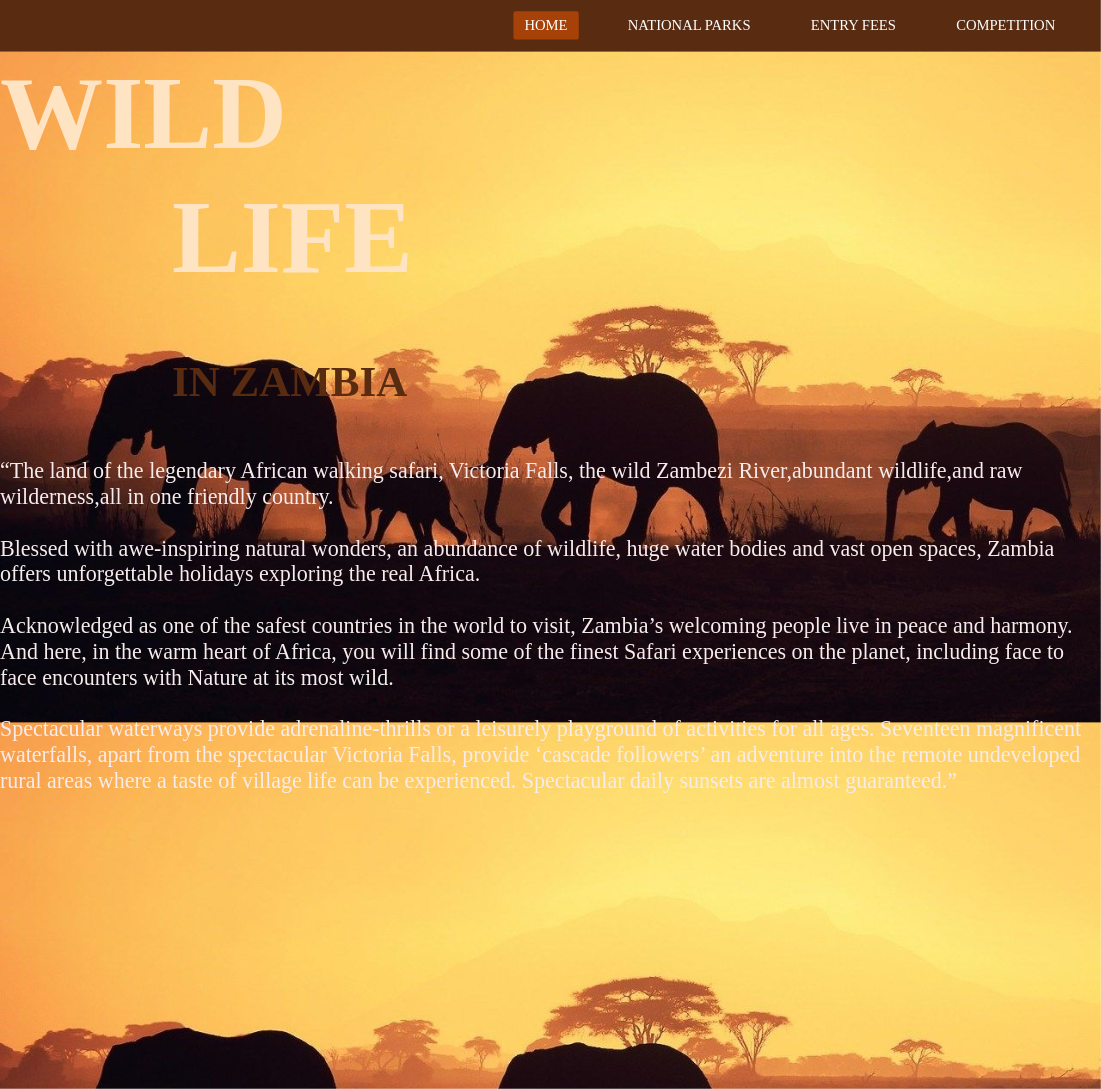
Repository: Lungdjos/web_assignment_3rd_yr
Page: home/index.html
An editor plug-in stored every save of this project. The page is shown before and after the next save, followed by the edit.
The browser window is 1280 px wide. The pictures show the whole page, at 86% of full size.
Some web libraries are served in a nearby version.

Above is the page before, as saved 2021-06-18 15:28:00.

### home/index.html
<!DOCTYPE html>
<html lang="en">

<head>
    <meta charset="UTF-8">
    <meta http-equiv="X-UA-Compatible" content="IE=edge">
    <meta name="viewport" content="width=device-width, initial-scale=1.0">
    <link rel="stylesheet" href="index.css">


    <title>Home</title>
    <script src="https://kit.fontawesome.com/a076d05399.js"></script>
</head>

<body>
    <nav>
        <input type="checkbox" id="check">
        <label for="check" class="checkbtn">
            <i class="fas fa-bars"></i>
        </label>
        <label class="logo">  </label>

        <ul>
            <li><a class="active" href="#">Home</a></li>
            <li><a class="dropdown" href="#">National Parks</a>
                <ul class="drop">
                    <li>
                        <a href="/national parks/lower_zambezi/Lower_Zambezi.html">Lower Zambezi</a>
                    </li>
                    <li>
                        <a href="/national parks/mosi-oa-tunia/Mosi-oa-Tunya.html">Mosi oa Tunia</a>
                    </li>
                    <li>
                        <a href="/national parks/south_luangwa/South_Luangwa.html">South Luangwa</a>
                    </li>
                    <li>
                        <a href="/national parks/north_luangwa/North_Luangwa.html">North Luangwa</a>
                    </li>
                </ul>
            </li>
            <li><a href="/entry fee/entry_fee.html">Entry Fees</a></li>
            <li><a href="/competition/competition.html">Competition</a></li>

        </ul>
    </nav>
    <div>
        <section>
            <div>
                <p class="welcome">
                    <strong class="num1">WILD</strong><br>
                    <strong class="num2">LIFE</strong><br>
                    <strong class="num3">IN ZAMBIA</strong>
                </p>
            </div>
            <br>
            <div>
                <p class="para2">
                    <q>The land of the legendary African walking safari, Victoria Falls, the wild Zambezi River,abundant wildlife,and raw wilderness,all in one friendly country. <br><br>Blessed with awe-inspiring natural wonders, an abundance of wildlife,
                    huge water bodies and vast open spaces, Zambia offers unforgettable holidays exploring the real Africa. <br><br>Acknowledged as one of the safest countries in the world to visit, Zambia’s welcoming people live in peace and harmony. And here,
                    in the warm heart of Africa, you will find some of the finest Safari experiences on the planet, including face to face encounters with Nature at its most wild.<br> <br>Spectacular waterways provide adrenaline-thrills or a leisurely playground
                    of activities for all ages. Seventeen magnificent waterfalls, apart from the spectacular Victoria Falls, provide ‘cascade followers’ an adventure into the remote undeveloped rural areas where a taste of village life can be experienced.
                    Spectacular daily sunsets are almost guaranteed.</q></p>
            </div>

        </section>
    </div>


</body>

</html>

### home/index.css
    * {
        padding: 0;
        margin: 0;
        text-decoration: none;
        box-sizing: border-box;
    }

    body {
        font-family: montserrat;
    }

    nav {
        background: #592C12;
        height: 60px;
        width: 100%;
    }

    label.logo {
        color: white;
        font-size: 35;
        line-height: 60px;
        padding: 0 100px;
        font-weight: bold;
    }

    nav ul {
        float: right;
        margin-right: 20px;
    }

    nav ul li {
        display: inline-block;
        line-height: 60px;
        margin: 0 20px;
    }

    nav ul li a {
        color: white;
        font-size: 17px;
        padding: 7px 13px;
        border-radius: 3px;
        text-transform: uppercase;
    }

    a.active,
    a:hover {
        background: #A64208;
        transition: 0.5s;
    }

    .checkbtn {
        font-size: 30px;
        color: white;
        float: right;
        line-height: 60px;
        margin-right: 40px;
        cursor: pointer;
        display: none;
    }

    #check {
        display: none;
    }

    @media (max-width: 1080px) {
        label.logo {
            font-size: 30px;
            padding-left: 50px;
        }
        nav ul li a {
            font-size: 16px;
        }
    }

    @media (max-width: 1080px) {
        .checkbtn {
            display: block;
        }
        ul {
            position: fixed;
            width: 100%;
            height: 100vh;
            background: #592C12;
            top: 80px;
            left: -100%;
            text-align: center;
            transition: all 0.5s;
        }
        nav ul li {
            display: block;
            margin: 50px 0;
            line-height: 20px;
        }
        nav ul li a {
            font-size: 20px;
            font-family: Arial, Helvetica, sans-serif;
        }
        a:hover,
        a.active {
            background: none;
            color: #F2D1B3;
        }
        #check:checked~ul {
            left: 0;
        }
    }

    section {
        background: url(/assets/images/elephants.jpg);
        background-size: no repeat;
        height: calc(180vh - 90px);
    }
    /**New Content Added*/

    nav ul li ul a {
        display: block;
        padding: 0 15px;
        color: white;
        text-decoration: none;
    }

    nav ul li:hover>ul {
        display: block;
    }

    nav ul ul {
        position: absolute;
        top: 30px;
        list-style-type: none;
        line-height: 60px;
    }

    nav ul ul li {
        display: none;
    }

    nav ul ul a {
        width: 100%;
        float: none;
        display: list-item;
        position: relative;
    }

    nav ul ul li a {
        display: list-item;
        list-style-type: none;
        position: inherit;
    }
    /**Wild Life Formatting*/

    .welcome {
        color: bisque;
        font-size: 120px;
        line-height: 1.2em;
    }

    strong#01 {
        font-size: 100px;
        font-family: Arial, Helvetica, sans-serif;
    }

    .num2 {
        margin-left: 200px;
    }

    .num3 {
        color: #592C12;
        font-size: 50px;
        margin-left: 200px;
    }

    .para2 {
        font-variant-position: initial;
        font-size: 1.6em;
        color: rgb(247, 236, 236);
        display: relative;
        float: initial;
    }

After the next save:
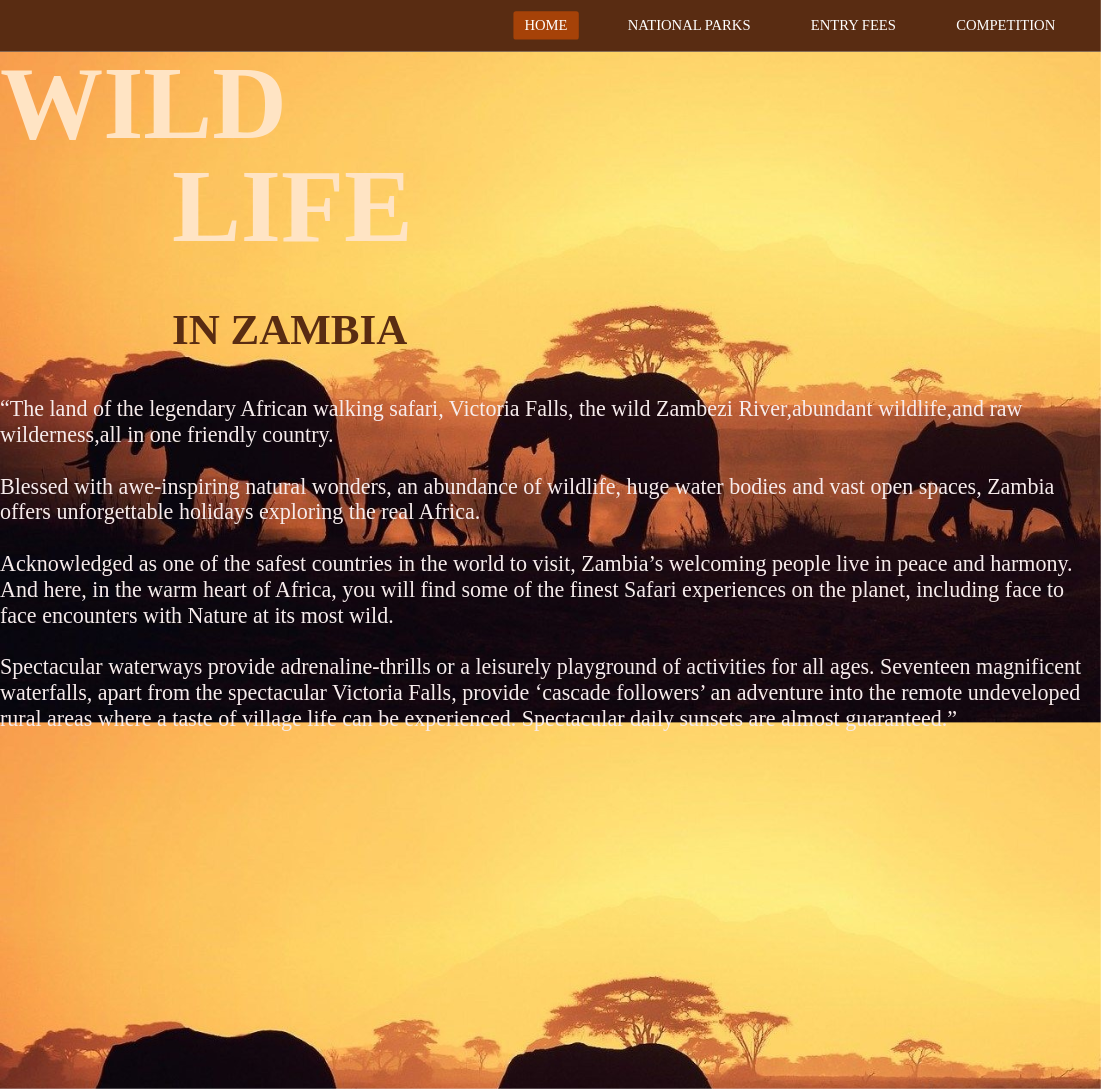
Saved 8 s later.
--- a/home/index.css
+++ b/home/index.css
@@ -151,7 +151,7 @@
     .welcome {
         color: bisque;
         font-size: 120px;
-        line-height: 1.2em;
+        line-height: 1.0em;
     }
 
     strong#01 {
